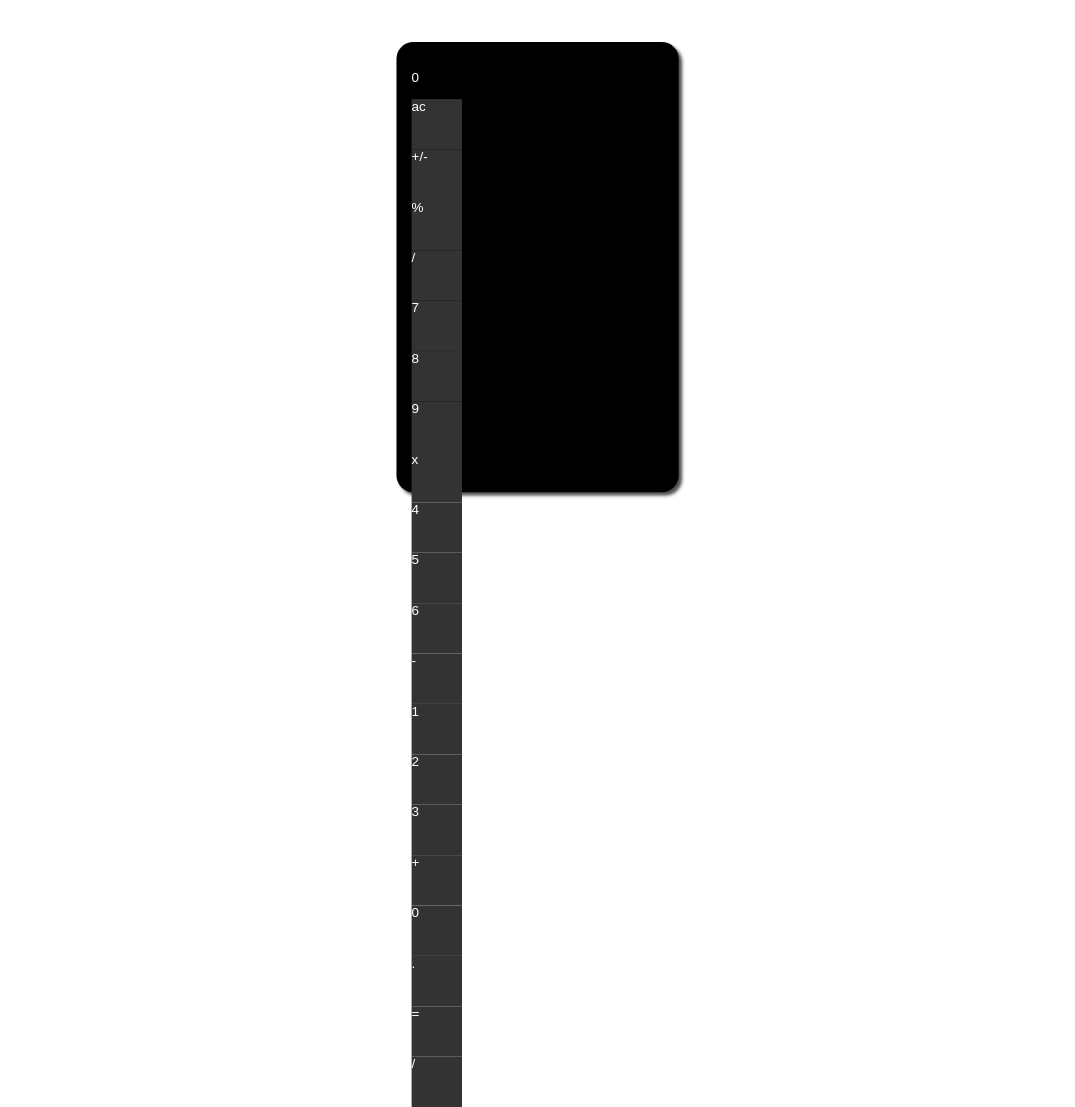
Repository: batonAnton/iphoneCalculator
Page: index.html
An editor plug-in stored every save of this project. The page is shown before and after the next save, followed by the edit.
The browser window is 1280 px wide. The pictures show the whole page, at 84% of full size.

Above is the page before, as saved 2022-03-09 17:45:47.

### index.html
<!DOCTYPE html>
<html lang="en">
<head>
    <meta charset="UTF-8">
    <meta http-equiv="X-UA-Compatible" content="IE=edge">
    <meta name="viewport" content="width=device-width, initial-scale=1.0">
    <title>Calculator</title>
    <link rel="stylesheet" href="style.css">
</head>
<body>
    <div class="calc">
        <div class="calc-screen">
            <p>0</p>
        </div>
        <div class="butons">
             <div class="btn ac bg-grey">ac</div>
             <div class="btn plus-minus bg-grey">+/-</div>
             <div class="btn percent bg-grey">%</div>
             <div class="btn division bg-orange">/</div>

             <div class="btn seven">7</div>
             <div class="btn eight">8</div>
             <div class="btn nine">9</div>
             <div class="btn multiply bg-orange">x</div>

             <div class="btn four">4</div>
             <div class="btn five">5</div>
             <div class="btn six">6</div>
             <div class="btn minus bg-orange">-</div>

             <div class="btn one">1</div>
             <div class="btn two">2</div>
             <div class="btn three">3</div>
             <div class="btn plus bg-orange ">+</div>

             <div class="btn zero">0</div>
             <div class="btn dot">.</div>
             <div class="btn equal bg-orange">=</div>
             <div class="btn">/</div>
        </div>
    </div>
</body>
</html>

### style.css
/*
colors
bg #000
orange #ff9501
grey #a6a6a6
white #fdfdfd
*/

.calc {
  margin: 50px auto;
  width: 300px;
  height: 500px;
  /* border: 1px solid#000;  */
  border-radius: 20px;
  background: #000;
  color: #fff;
  font-family: Arial, Helvetica, sans-serif;
  padding: 18px;
  box-shadow: 4px 4px 4px #4f4f4f;
}

.btn{
    width: 60px;
    height: 60px;
    background-color:#333 ;
}

After the next save:
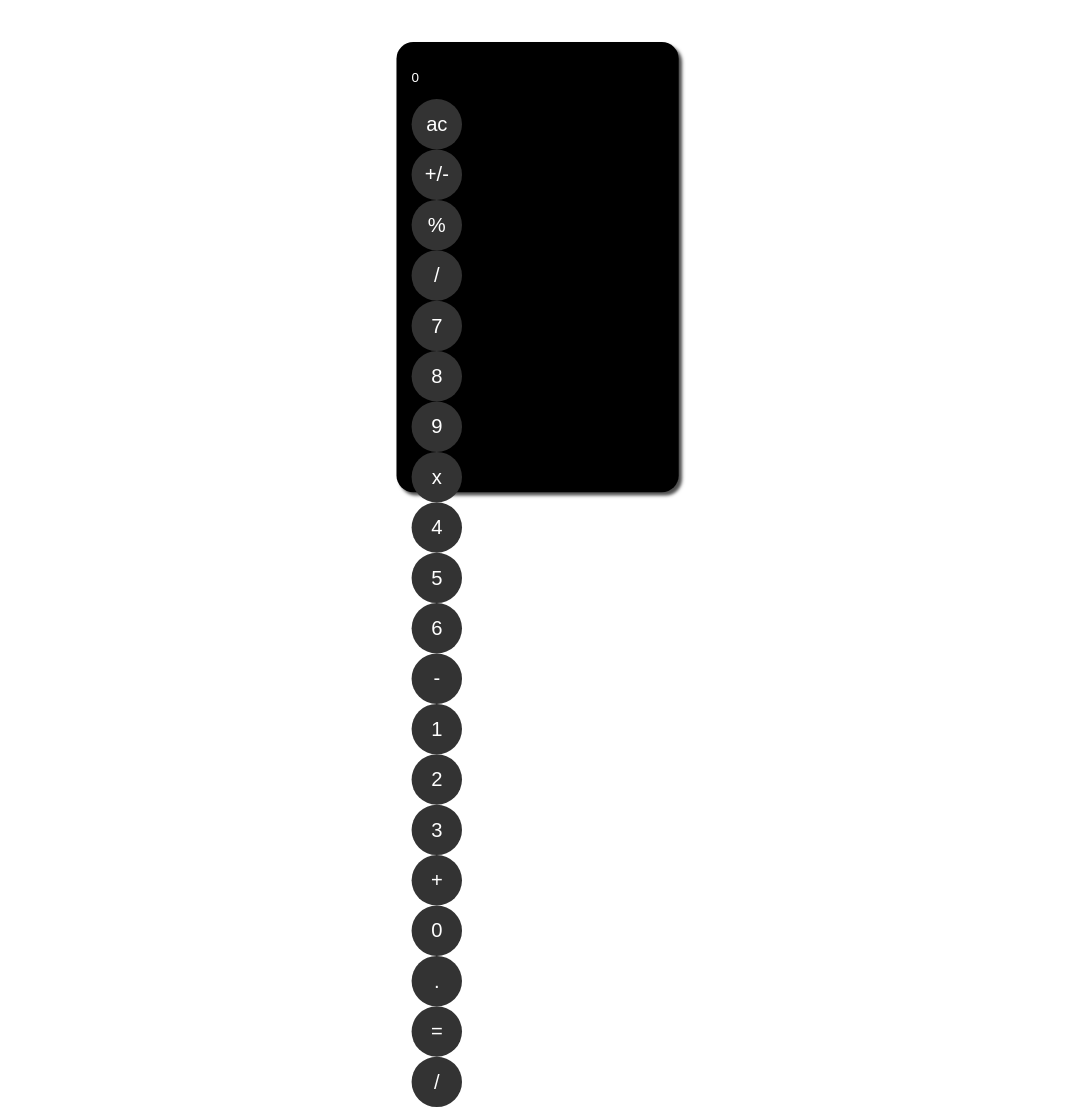
Saved 27 min 4 s later.
--- a/style.css
+++ b/style.css
@@ -18,9 +18,16 @@ white #fdfdfd
   padding: 18px;
   box-shadow: 4px 4px 4px #4f4f4f;
 }
+.buttons{
+    display: grid;
 
-.btn{
-    width: 60px;
-    height: 60px;
-    background-color:#333 ;
 }
+.btn {
+  width: 60px;
+  height: 60px;
+  background-color: #333;
+  border-radius: 50%;
+  text-align: center;
+  line-height: 60px;
+  font-size: 1.5rem;
+}
